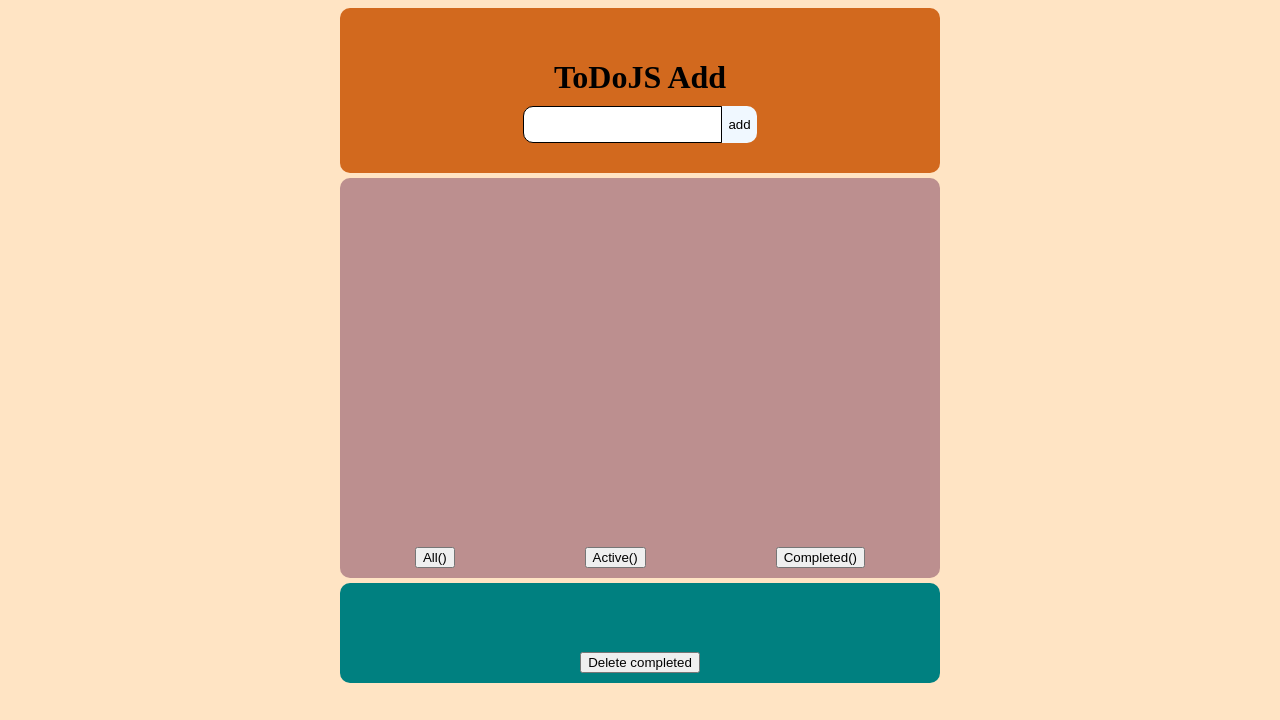
Repository: Savich01/ToDo
Page: index.html
An editor plug-in stored every save of this project. The page is shown before and after the next save, followed by the edit.
The browser window is 1280 px wide. The pictures show the whole page.

Above is the page before, as saved 2024-05-03 15:46:59.

After the next save:
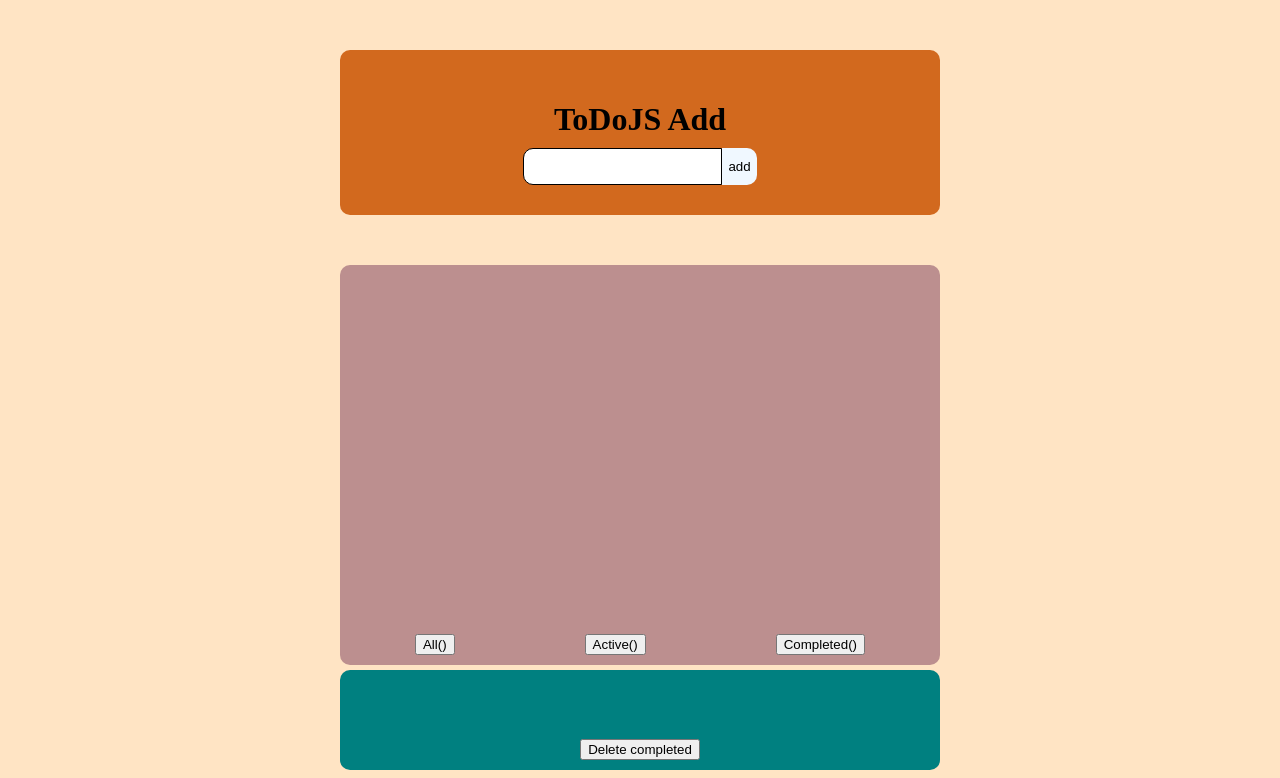
Saved 50 s later.
--- a/css/style.css
+++ b/css/style.css
@@ -9,7 +9,7 @@
 }
 .header-block {
     max-width: 600px;
-    margin: 0 auto;
+    margin: 50px auto;
     background: #D2691E;
     border-radius: 10px;
 }

After the save that followed:
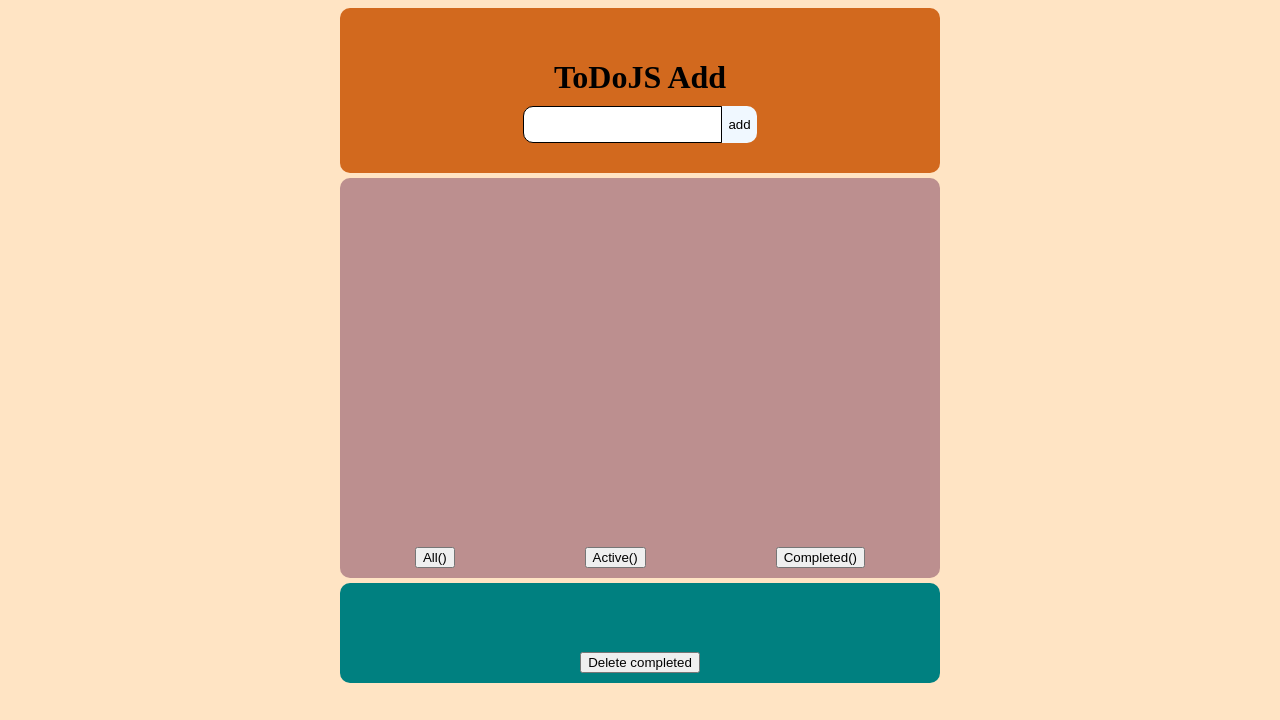
Saved 12 s later.
--- a/css/style.css
+++ b/css/style.css
@@ -9,7 +9,7 @@
 }
 .header-block {
     max-width: 600px;
-    margin: 50px auto;
+    margin:  auto;
     background: #D2691E;
     border-radius: 10px;
 }
